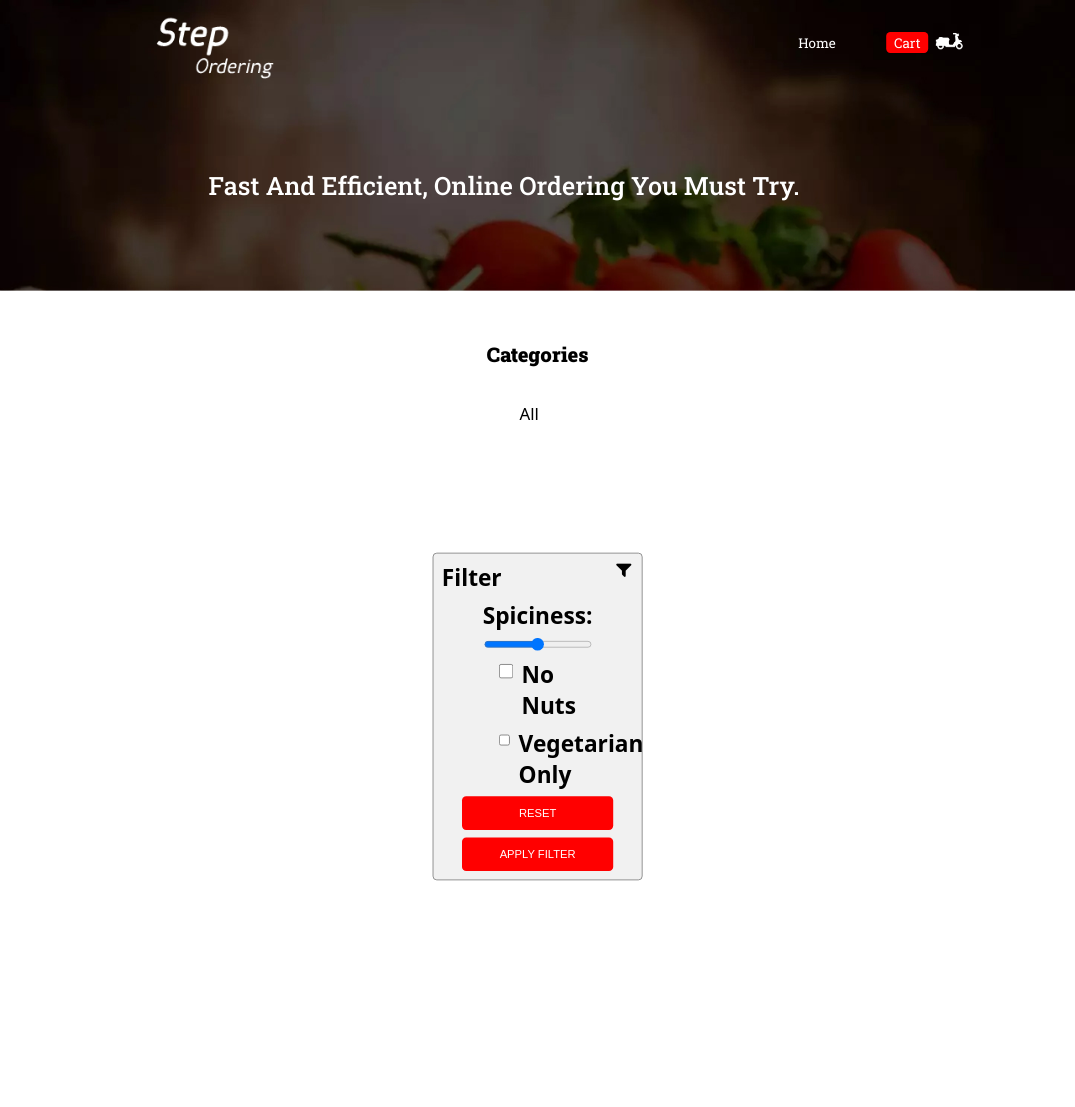
Repository: anastasia29-step/Online-Restaurant
Page: index.html
These files come from the project's save history. The page is drawn as it stood at one moment and after a run of saves; the edit follows.
The browser window is 1280 px wide. The pictures show the whole page, at 84% of full size.
Some web libraries are served in a nearby version.

Above is the page before, as saved 2026-03-10 14:48:17.
Not found: app.js/

After the next 2 saves:
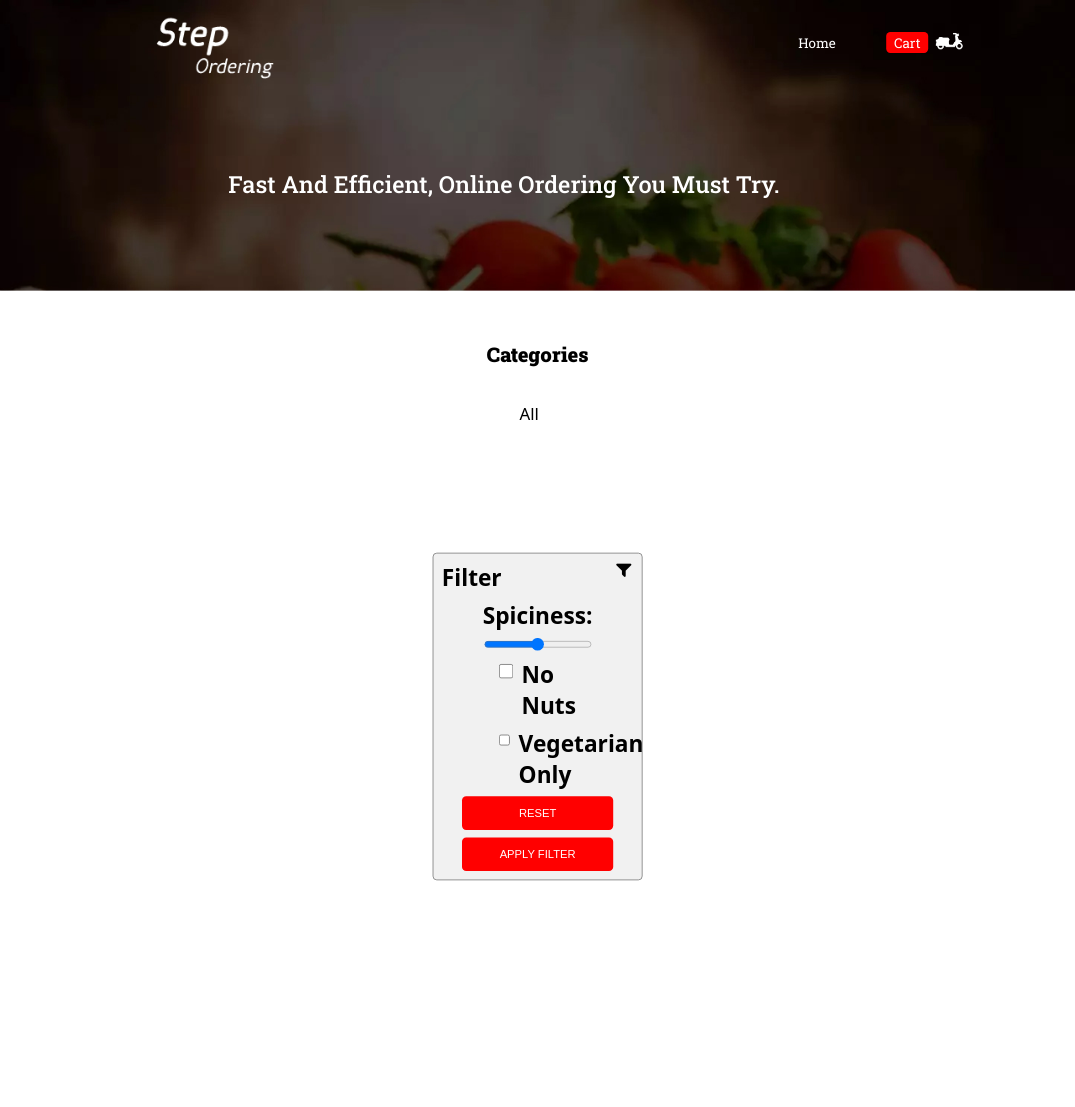
The 2 saves are shown as one change because they came seconds apart.
The last was saved 16 s later.
--- a/style.css
+++ b/style.css
@@ -96,7 +96,7 @@
     color: white;
     margin-top: 100px;
     margin-right: 250px;
-    font-size: 30px;
+    font-size: 28px;
     font-weight: 500;
     font-family: "Roboto Slab", serif;
 }

After the save that followed:
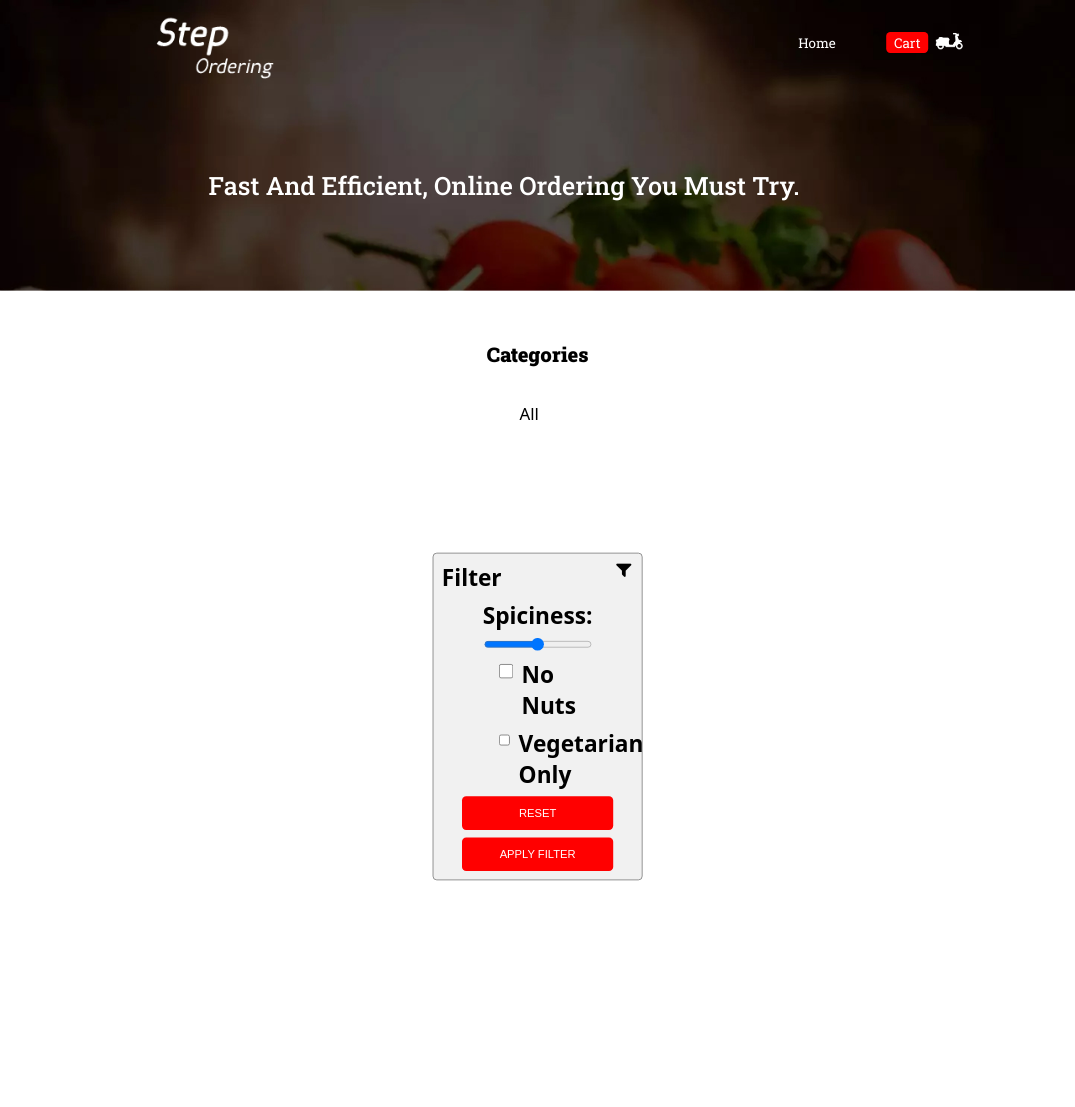
Saved 25 s later.
--- a/style.css
+++ b/style.css
@@ -96,7 +96,7 @@
     color: white;
     margin-top: 100px;
     margin-right: 250px;
-    font-size: 28px;
+    font-size: 30px;
     font-weight: 500;
     font-family: "Roboto Slab", serif;
 }
